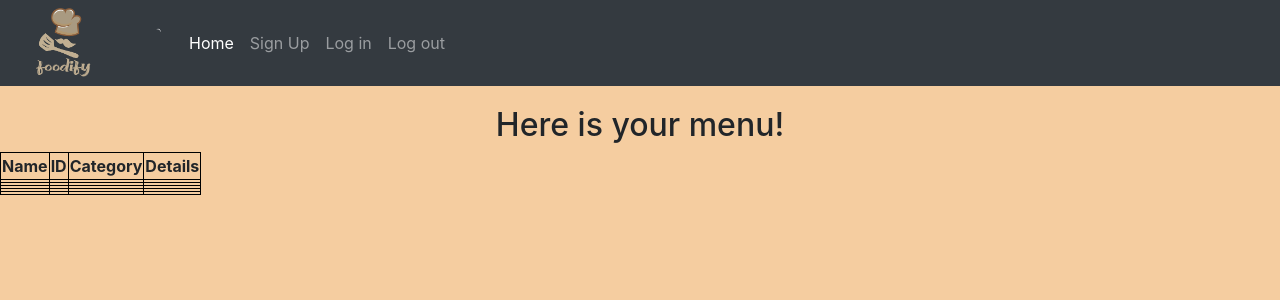
Repository: RanaHisham18/Foodify-Web-App
Page: Project IA raghda/usermenu.html
The author's editor kept a copy of each file at every save. The page is drawn from the files as they stood at one save, then again after the next save.
The browser window is 1280 px wide. The pictures show the whole page.

Above is the page before, as saved 2022-01-06 18:25:57.

### Project IA raghda/usermenu.html
<!DOCTYPE html>
<html lang="en">
<head>
    <meta charset="UTF-8">
    <meta http-equiv="X-UA-Compatible" content="IE=edge">
    <meta name="viewport" content="width=device-width, initial-scale=1.0">
    <link rel="stylesheet" href="https://maxcdn.bootstrapcdn.com/bootstrap/4.0.0/css/bootstrap.min.css"
     integrity="sha384-Gn5384xqQ1aoWXA+058RXPxPg6fy4IWvTNh0E263XmFcJlSAwiGgFAW/dAiS6JXm" crossorigin="anonymous">
     <link rel ="stylesheet" href="usermenu.css">
    <title>Document</title>
</head>
<body>
    <!--Navigation Bar-->
 <nav class="navbar navbar-expand-lg navbar-dark bg-dark sticky-top">
    <img class="image" src="images/foodify.png" alt="Foodify logo">

       <button class="navbar-toggler" type="button" data-bs-toggle="collapse" data-bs-target="#navbarScroll" aria-controls="navbarScroll" aria-expanded="false" aria-label="Toggle navigation">
         <span class="navbar-toggler-icon"></span>
       </button>
     <div class="container-fluid">
         <div class="collapse navbar-collapse" id="navbarScroll">
           <ul class="navbar-nav me-auto my-2 my-lg-0 navbar-nav-scroll" style="--bs-scroll-height: 100px;">
             <li class="nav-item">
               <a class="nav-link active" aria-current="page" href="home.php">Home</a>
             </li>
             <li class="nav-item">
               <a class="nav-link" href="register.php">Sign Up</a>
             </li>
             <li class="nav-item">
               <a class="nav-link" href="login.php">Log in</a>
             </li>
             <li class="nav-item">
               <a class="nav-link" href="login.php">Log out</a>

             </li>
           </ul>

         </div>
       </div>
   </nav>

   <h2>Here is your menu!</h2>

   <table>
<tr>
    <th>Name</th>
    <th>ID</th>
    <th>Category</th>
    <th>Details</th>
</tr>

<tr>
    <td></td>
    <td></td>
    <td></td>
    <td></td>
</tr>

<tr>
    <td></td>
    <td></td>
    <td></td>
    <td></td>
</tr>

<tr>
    <td></td>
    <td></td>
    <td></td>
    <td></td>
</tr>
<tr>
    <td></td>
    <td></td>
    <td></td>
    <td></td>
</tr>
<tr>
    <td></td>
    <td></td>
    <td></td>
    <td></td>
</tr>

   </table>
</body>
</html>

### Project IA raghda/usermenu.css
.image{
    cursor: pointer;
    height:70px;
     width:130px;
    margin-left: 20px;
  }
  .scroll{
      margin-top:200px;
      margin-left:50px;
  }
body
{
    background-color: #f5cda0;
}
h2{
    text-align: center;
    margin-top:  20px;
}
table, th, td {
    border:1px solid black;
  }

After the next save:
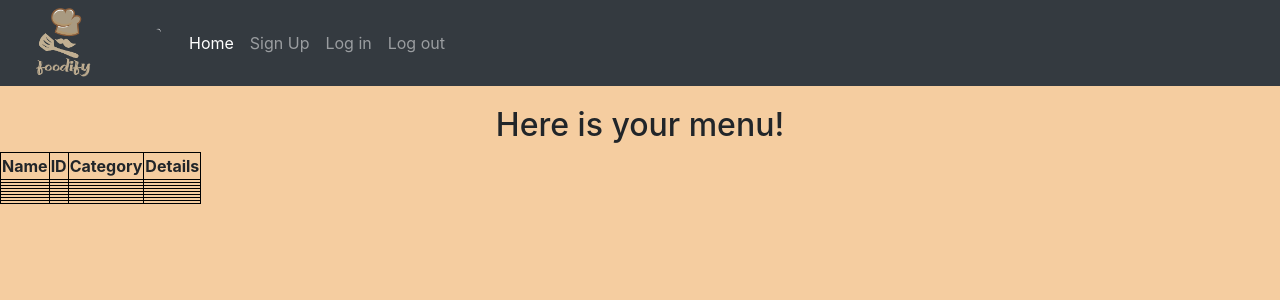
Saved 8 s later.
--- a/Project IA raghda/usermenu.html
+++ b/Project IA raghda/usermenu.html
@@ -81,6 +81,24 @@
     <td></td>
     <td></td>
 </tr>
+<tr>
+    <td></td>
+    <td></td>
+    <td></td>
+    <td></td>
+</tr>
+<tr>
+    <td></td>
+    <td></td>
+    <td></td>
+    <td></td>
+</tr>
+<tr>
+    <td></td>
+    <td></td>
+    <td></td>
+    <td></td>
+</tr>
 
    </table>
 </body>
